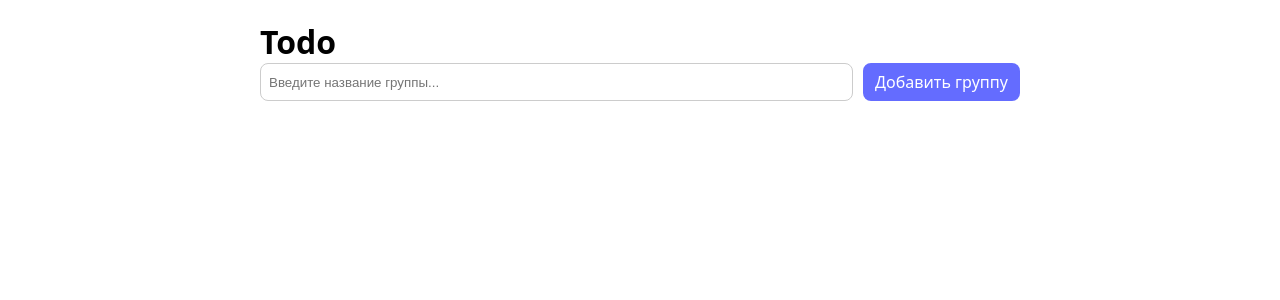
Repository: Burnmyheart/todo-app
Page: /
An editor plug-in stored every save of this project. The page is shown before and after the next save, followed by the edit.
The browser window is 1280 px wide. The pictures show the whole page.
The project was rebuilt for these pictures with package versions that can differ from the ones it lists, and the page was loaded fresh each time. Also part of the build but not shown: vite.config.ts, src/components/TodoItem/TodoItem.tsx, src/components/TodoList/TodoList.tsx.

Above is the page before, as saved 2025-09-17 11:57:04.

### src/index.css
/* Сброс браузерных стилей */
* {
  margin: 0;
  padding: 0;
  box-sizing: border-box;
}

html, body, #root {
  width: 100%;
  height: 100%;
  font-family: system-ui, -apple-system, BlinkMacSystemFont, "Segoe UI", Roboto, Helvetica, Arial, sans-serif;
  background-color: #fff;
  color: #000;
}


a {
  color: inherit;
  text-decoration: none;
}


button {
  font-family: inherit;
  font-size: 1rem;
  cursor: pointer;
  border: none;
  background: none;
}


h1, h2, h3, h4, h5, h6 {
  font-weight: 600;
}

### src/App.tsx
import React, { useState, useEffect } from "react";
import AddTodo from "./components/AddTodo/AddTodo";
import TodoList from "./components/TodoList/TodoList";
import { saveGroups, loadGroups } from "./utils/localStorage";
import type { TodoGroup } from "./types";

const App: React.FC = () => {
  const [groups, setGroups] = useState<TodoGroup[]>([]);

  useEffect(() => {
    setGroups(loadGroups());
  }, []);

  useEffect(() => {
    saveGroups(groups);
  }, [groups]);

  const addGroup = (title: string) => {
    const newGroup: TodoGroup = {
      id: Date.now(),
      title,
      tasks: [],
      createdAt: new Date(),
    };
    setGroups((prev) => [...prev, newGroup]);
  };

  const updateGroup = (updated: TodoGroup) => {
    setGroups((prev) =>
      prev.map((group) => (group.id === updated.id ? updated : group))
    );
  };

  return (
    <div style={{ padding: "20px", maxWidth: "800px", margin: "0 auto" }}>
      <h1>Todo</h1>
      <AddTodo onAdd={addGroup} />
      {groups.map((group) => (
        <TodoList key={group.id} group={group} onUpdateGroup={updateGroup} />
      ))}
    </div>
  );
};

export default App;

### src/components/AddTodo/AddTodo.tsx
import React, { useState } from "react";
import styled from "styled-components";

interface AddTodoProps {
  onAdd: (title: string) => void;
}

const Container = styled.div`
  margin-bottom: 20px;
  display: flex;
  gap: 10px;
`;

const Input = styled.input`
  flex: 1;
  padding: 8px;
  border: 1px solid #ccc;
  border-radius: 8px;
`;

const Button = styled.button`
  padding: 8px 12px;
  border: none;
  background-color: #646cff;
  color: white;
  border-radius: 8px;
  cursor: pointer;
`;

const Error = styled.p`
  color: red;
  margin-top: 5px;
`;

const AddTodo: React.FC<AddTodoProps> = ({ onAdd }) => {
  const [value, setValue] = useState("");
  const [error, setError] = useState("");

  const handleAdd = () => {
    if (value.trim() === "") {
      setError("Поле не может быть пустым");
      return;
    }
    onAdd(value);
    setValue("");
    setError("");
  };

  return (
    <div>
      <Container>
        <Input
          value={value}
          onChange={(e) => setValue(e.target.value)}
          placeholder="Введите название группы..."
        />
        <Button onClick={handleAdd}>Добавить группу</Button>
      </Container>
      {error && <Error>{error}</Error>}
    </div>
  );
};

export default AddTodo;

### src/utils/localStorage.tsx
import type { TodoGroup } from "../types";

const GROUPS_KEY = "todoGroups";

export const saveGroups = (groups: TodoGroup[]) => {
  localStorage.setItem(GROUPS_KEY, JSON.stringify(groups));
};

export const loadGroups = (): TodoGroup[] => {
  const data = localStorage.getItem(GROUPS_KEY);
  return data ? JSON.parse(data) : [];
};

Loaded but not shown: index.html (common file); src/main.tsx (common file)

After the next save:
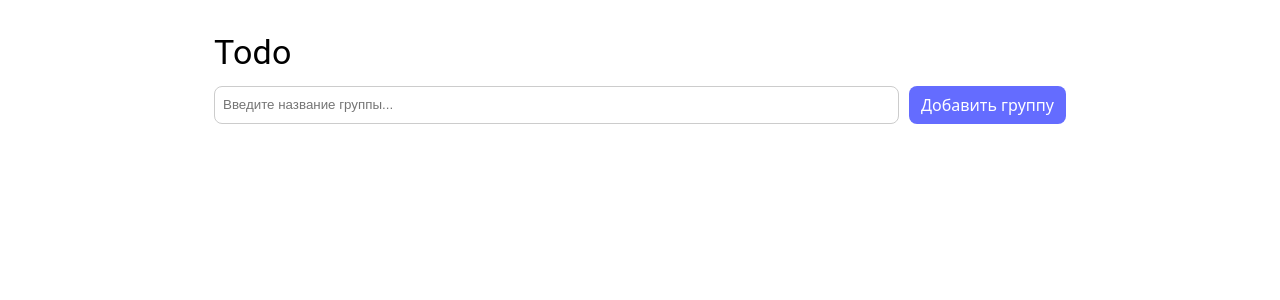
Saved 2 days later.
--- a/src/App.tsx
+++ b/src/App.tsx
@@ -3,6 +3,7 @@ import AddTodo from "./components/AddTodo/AddTodo";
 import TodoList from "./components/TodoList/TodoList";
 import { saveGroups, loadGroups } from "./utils/localStorage";
 import type { TodoGroup } from "./types";
+import { Container, Typography, Stack } from "@mui/material";
 
 const App: React.FC = () => {
   const [groups, setGroups] = useState<TodoGroup[]>([]);
@@ -16,6 +17,7 @@ const App: React.FC = () => {
   }, [groups]);
 
   const addGroup = (title: string) => {
+    if (!title.trim()) return;
     const newGroup: TodoGroup = {
       id: Date.now(),
       title,
@@ -31,14 +33,39 @@ const App: React.FC = () => {
     );
   };
 
+  const moveGroup = (id: number, direction: "up" | "down") => {
+    setGroups((prev) => {
+      const idx = prev.findIndex((g) => g.id === id);
+      if (idx === -1) return prev;
+
+      const newGroups = [...prev];
+      if (direction === "up" && idx > 0) {
+        [newGroups[idx - 1], newGroups[idx]] = [newGroups[idx], newGroups[idx - 1]];
+      }
+      if (direction === "down" && idx < newGroups.length - 1) {
+        [newGroups[idx + 1], newGroups[idx]] = [newGroups[idx], newGroups[idx + 1]];
+      }
+      return newGroups;
+    });
+  };
+
   return (
-    <div style={{ padding: "20px", maxWidth: "800px", margin: "0 auto" }}>
-      <h1>Todo</h1>
+    <Container maxWidth="md" sx={{ py: 4 }}>
+      <Typography variant="h4" gutterBottom>
+        Todo
+      </Typography>
       <AddTodo onAdd={addGroup} />
-      {groups.map((group) => (
-        <TodoList key={group.id} group={group} onUpdateGroup={updateGroup} />
-      ))}
-    </div>
+      <Stack spacing={2} mt={2}>
+        {groups.map((group) => (
+          <TodoList
+            key={group.id}
+            group={group}
+            onUpdateGroup={updateGroup}
+            onMoveGroup={moveGroup}
+          />
+        ))}
+      </Stack>
+    </Container>
   );
 };
 
